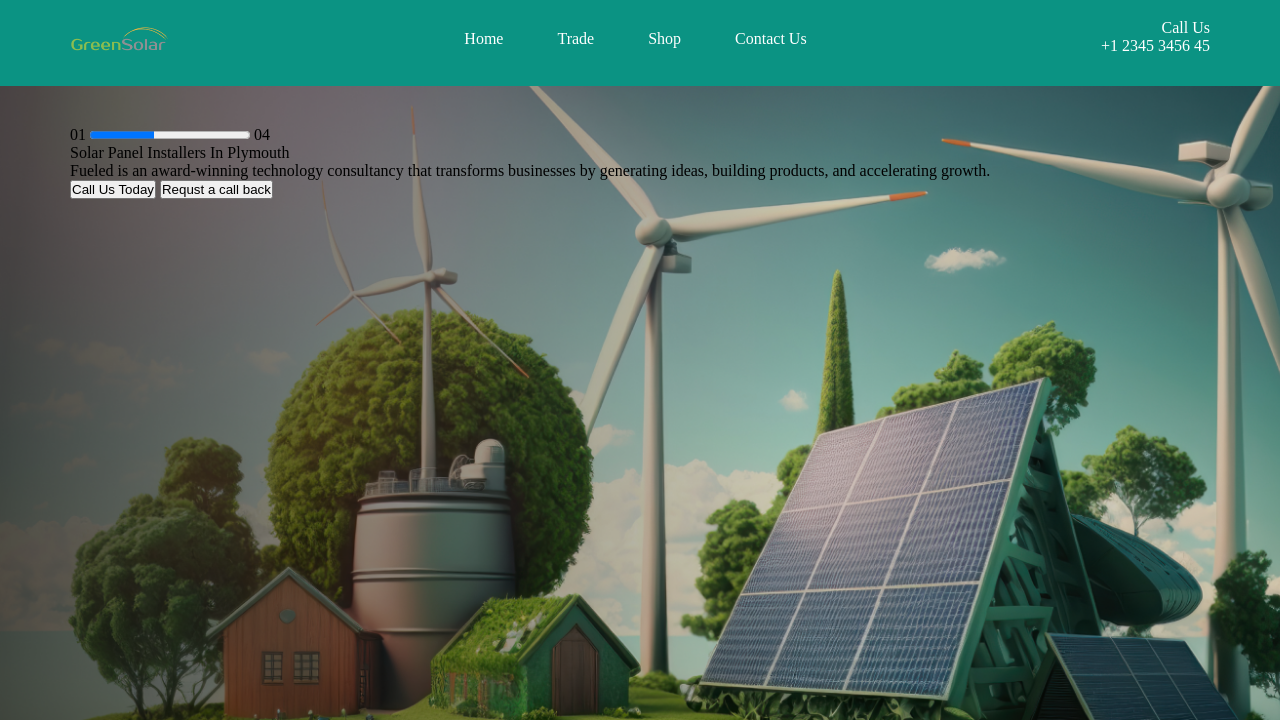
Repository: zeinawady/Solar-Company-Template
Page: index.html
An editor plug-in stored every save of this project. The page is shown before and after the next save, followed by the edit.
The browser window is 1280 px wide. The pictures show the whole page.

Above is the page before, as saved 2024-09-17 16:59:37.

### index.html
<!DOCTYPE html>
<html lang="en">

<head>
    <meta charset="UTF-8">
    <meta name="viewport" content="width=device-width, initial-scale=1.0">
    <title>Solar Company</title>
    <link rel="stylesheet" href="css/style.css">
    <link rel="stylesheet" href="css/all.min.css">
</head>

<body>
    <!-- start header -->
    <header>
        <div class="container">
            <img src="images/Logo.png" width="100" alt="logo" class="logo">
            <nav>
                <ul class="nav-links">
                    <li><a href="#">Home</a></li>
                    <li><a href="#">Trade</a></li>
                    <li><a href="#">Shop</a></li>
                    <li><a href="#">Contact Us</a></li>
                </ul>
            </nav>
            <div class="nav-info">
                <div>Call Us</div>
                <div>+1 2345 3456 45</div>

            </div>
            <div class="burger">
                <i class="fas fa-bars"></i>
                <ul class="navHover">
                    <li><a href="#">Home</a></li>
                    <li><a href="#">Trade</a></li>
                    <li><a href="#">Shop</a></li>
                    <li><a href="#">Contact Us</a></li>
                </ul>

            </div>
        </div>
    </header>

    <!-- end header -->

    <!-- start landing -->
    <div class="landing">
        <div class="container">
            <div class="progress-container">
                <span>01</span>
                <progress value="40" max="100"></progress>
                <span>04</span>
            </div>
            <div class="main-text">Solar Panel Installers In Plymouth</div>
  <div class="sub-text">
    Fueled is an award-winning technology consultancy that transforms businesses by generating ideas, building products, and accelerating growth.
  </div>

  <div class="btn-container">
  <button class="btn">Call Us Today</button>
  <button class="btn yellow-bt">Requst a call back</button>
</div>
        </div>
    </div>
    <!-- end landing -->

</body>

</html>

### css/style.css
*{
    margin: 0;
    padding: 0;
    box-sizing: border-box;
}
html{
    scroll-behavior: smooth;
}
.container{
    padding-left: 15px;
    padding-right: 15px;
    margin: 0 auto;
    max-width: 1170px; /* Set a maximum width */
    width: 100%;
}
ul{
    list-style: none;
}
a{
    text-decoration: none;
}
:root{
    --main-color: hsla(173, 86%, 31%, 1);
    --secondary-color:hsla(42, 100%, 55%, 1);
    --font-color: hsla(221, 43%, 11%, 1);

}
@media (min-width:768px) {
    .container {
        width: 750px;
    }

}

@media (min-width:992px) {
    .container {
        width: 970px;
    }
}

@media (min-width:1200px) {
    .container {
        width: 1170px;
    }
}

/* start header */
header{
    background-color: var(--main-color);
height: 86px;
}
header .container{
    display: flex;
    justify-content: space-between;
    align-items: center;

}
.nav-links li{
    display: inline-block;
    padding: 30px 25px;

}
.nav-links li a{
    color: hsla(0, 0%, 100%, 1);
    transition: all 0.3s ease 0s;
}
.nav-info{
    color: hsla(0, 0%, 100%, 1);
padding-bottom: 5px;
display: flex;
flex-direction: column;
align-items: flex-end;
}
.burger{
    display: none;
    color: hsla(0, 0%, 100%, 1) ;
    font-size: 30px;
    cursor: pointer;
    position: relative;
}

@media (max-width:768px){
    .burger{
        display: block;
        padding-top: 24px;
        position: relative;
        z-index: 10;
    }
    .navHover , .nav-links {
        display: none;
    }
    .nav-info{
        display: none;
    }
    .burger:hover .navHover{
        display: block;
        position: absolute;
        top: 86px;
        right: 15px;
        background-color:rgb(255, 250, 244);
        z-index: 99;
        border-radius: 15px;
        padding: 20px;
        box-shadow: 0 4px 8px rgba(0, 0, 0, 0.1);
    }
}

/* end header */

/* start landing */

.landing{
    background-image: url(../images/solar-panels-meadow\ 1.png);
    background-size: cover;
    height: calc(100vh - 86px);
}
.landing .container{
    padding-top: 40px;
}
/* end landing */

Loaded but not shown: css/all.min.css (library)

After the next save:
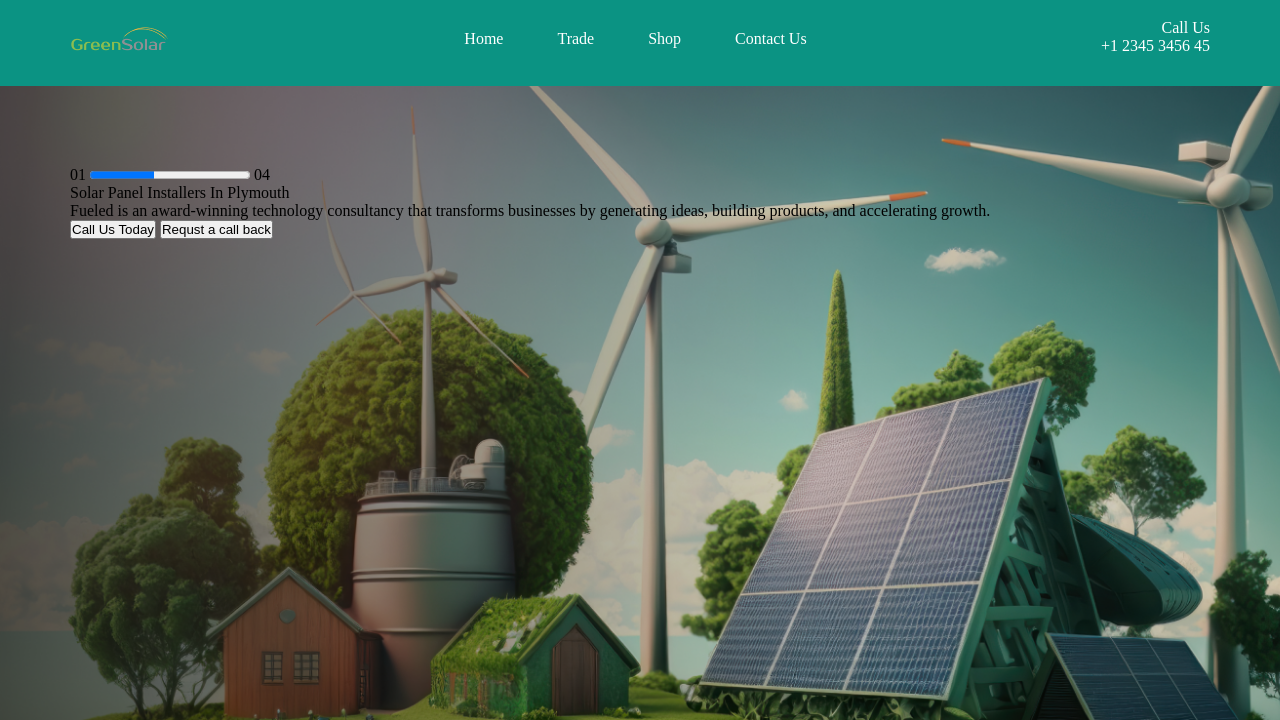
Saved 8 s later.
--- a/css/style.css
+++ b/css/style.css
@@ -115,6 +115,6 @@ align-items: flex-end;
     height: calc(100vh - 86px);
 }
 .landing .container{
-    padding-top: 40px;
+    padding-top: 80px;
 }
 /* end landing */
